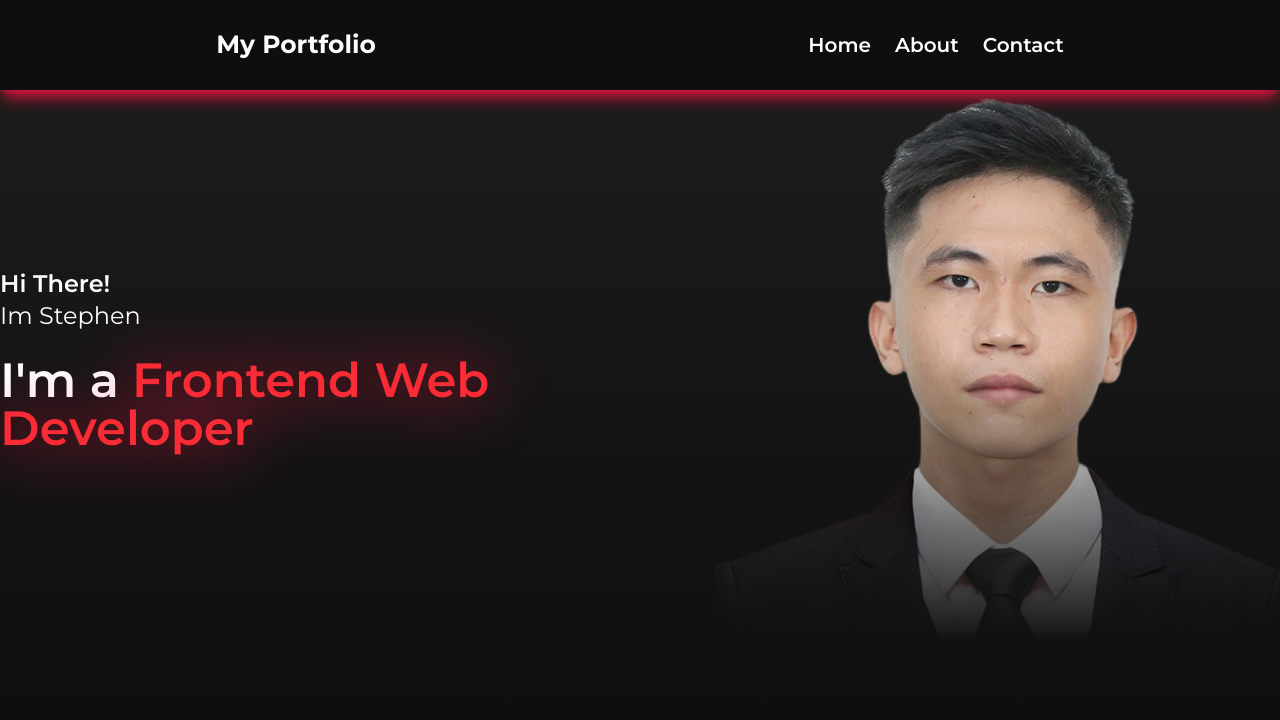
Repository: KaguyaKawaii/portfolio
Page: / (app in frontend/)
An editor plug-in stored every save of this project. The page is shown before and after a run of saves, followed by the edit.
The browser window is 1280 px wide. The pictures show the whole page.
The project was rebuilt for these pictures with package versions that can differ from the ones it lists, and the page was loaded fresh each time. Also part of the build but not shown: frontend/vite.config.js.

Above is the page before, as saved 2025-10-28 00:15:34.

After the next 3 saves:
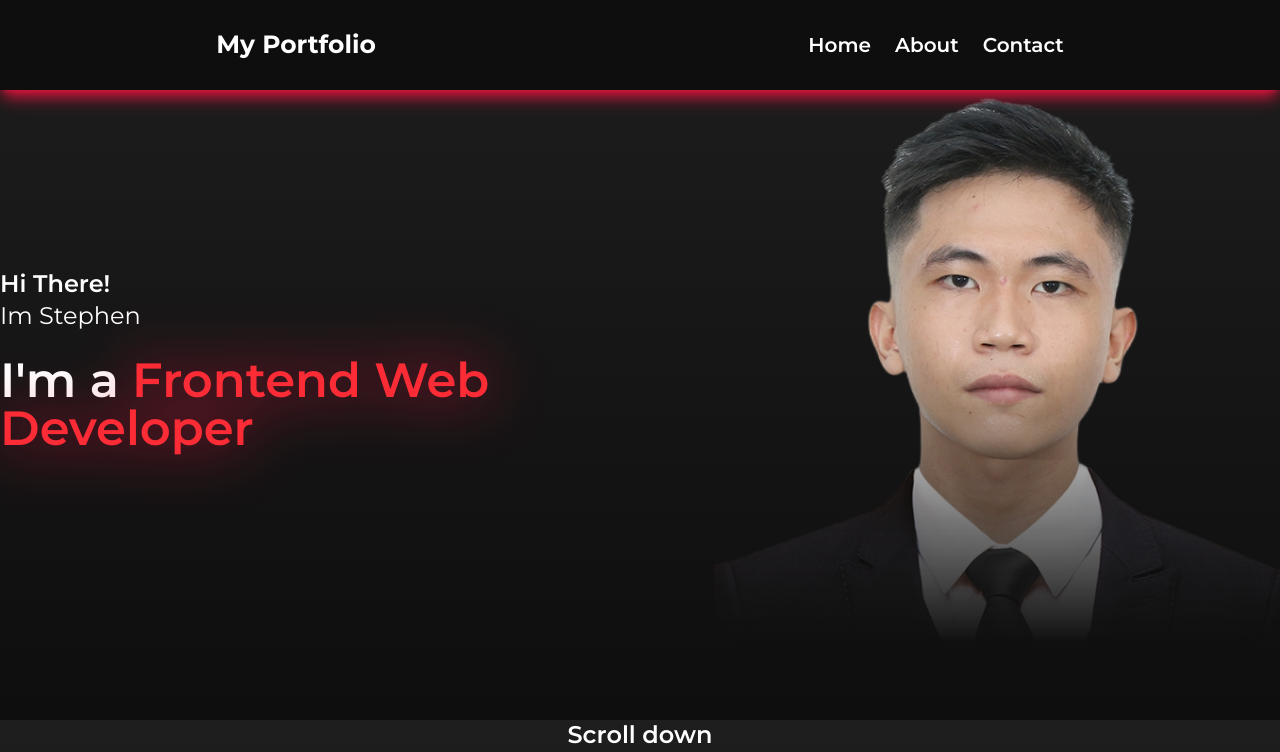
The 3 saves are shown as one change because they came seconds apart.
The last was saved 38 s later.
--- a/frontend/src/App.jsx
+++ b/frontend/src/App.jsx
@@ -50,6 +50,10 @@
 
 
       </body>
+
+      <div className='flex justify-center items-center text-white text-2xl font-montserrat font-semibold animate-bounce'>
+          Scroll down
+        </div>
     </>
   )
 }

After the 2 saves that followed:
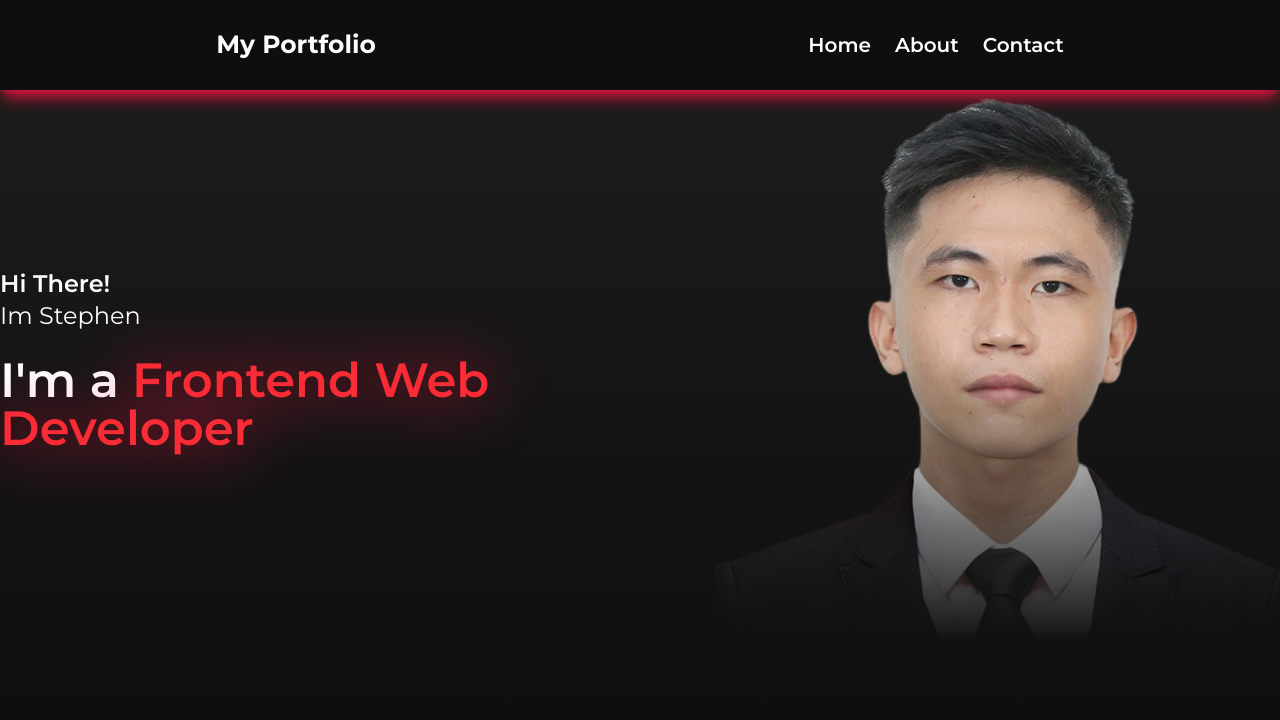
The 2 saves are shown as one change because 1 left the picture as it was.
The last was saved 14 s later.
--- a/frontend/src/App.jsx
+++ b/frontend/src/App.jsx
@@ -51,9 +51,7 @@
 
       </body>
 
-      <div className='flex justify-center items-center text-white text-2xl font-montserrat font-semibold animate-bounce'>
-          Scroll down
-        </div>
+
     </>
   )
 }
